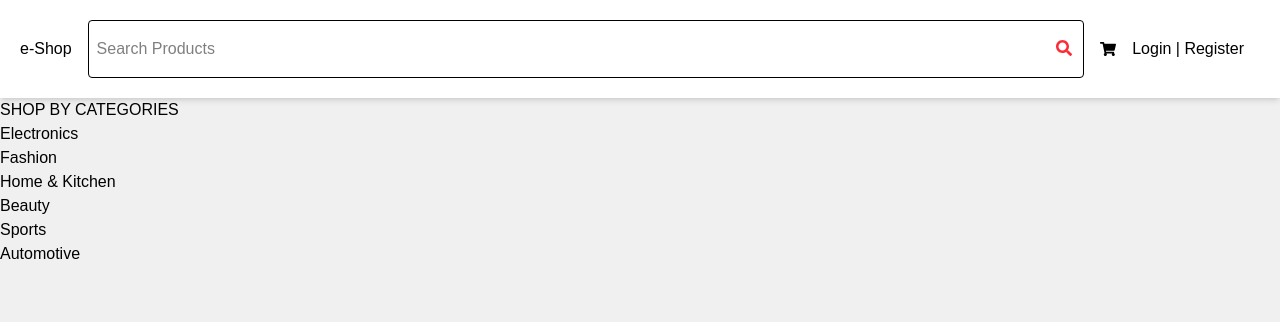
Repository: EmmyDunny1/frontend-ecommerce
Page: /
These files come from the project's save history. The page is drawn as it stood at one moment and after a run of saves; the edit follows.
The browser window is 1280 px wide. The pictures show the whole page.
The project was rebuilt for these pictures with package versions that can differ from the ones it lists, and the page was loaded fresh each time. Also part of the build but not shown: vite.config.js.

Above is the page before, as saved 2025-05-09 12:44:59.

### src/App.jsx


import React from 'react';
import { BrowserRouter, Routes, Route} from 'react-router-dom'
import Navbar from './components/Navbar'
import Footer from './components/Footer'
import Home from './pages/Home'
import './App.css';

function App() {

  return (
   <BrowserRouter>
   <Navbar/>
   <Routes>
    <Route path='/' element={<Home/>}>

    </Route>
   </Routes>
   <Footer/>
   </BrowserRouter>

  )
}

export default App

### src/components/Navbar.jsx
import React from 'react'
import { Link } from 'react-router-dom'
import { FaSearch, FaShoppingCart, FaUser } from 'react-icons/fa'

const Navbar = () => {
  return (
    <nav className='shadow-md bg-white'>
      <div className='container flex mx-auto px-4 md:px-16px lg:px-24px justify-between items-center'>
        <div>
          <Link to='/'>e-Shop</Link>
        </div>
        <div className='relative flex-1 mx-4'>
          <form>
            <input type="text" placeholder='Search Products' className='w-full  border rounded px-2 py-4' />
            <FaSearch className='absolute top-5 right-3 text-red-500'/>
          </form>
        </div>
        <div className='flex items-center space-x-4'>
          <Link to='/Cart'><FaShoppingCart/></Link>
          <button className='hidden md:block'>Login | Register</button>
          <button className='block md:hidden'><FaUser/> </button>
        </div>
      </div>

      {/* Navigation header */}
      <div>
        <Link to='/'> </Link>


      </div>
    </nav>

  )
}

export default Navbar

### src/pages/Home.jsx
import React from 'react'
import {Categories} from '../assets/mockData'

const Home = () => {
  return (
    <div>
      <div>
        <div>
          <div>
            <div>SHOP BY CATEGORIES</div>
            <ul>
              {Categories.map((Category, index)=>(
                <li key={index}>
                  {Category}
                </li>
              ))}
            </ul>
          </div>
        </div>
      </div>
    </div>
  )
}

export default Home

### src/App.css
/* filepath: c:\Users\USER\Desktop\My Deelopment Projects\E-COMMERCE\e-commerce-website\src\App.css */
body {
    margin: 0;
    font-family: Arial, sans-serif;
    background-color: #f0f0f0;
  }

  .container {
    padding: 20px;
  }

### src/assets/mockData.jsx
export const Categories = [

    'Electronics',
    'Fashion',
    'Home & Kitchen',
    'Beauty',
    'Sports',
    'Automotive'
];

Loaded but not shown: index.html (common file); src/main.jsx (common file); src/index.css (common file); src/components/Footer.jsx (common file)

After the next 2 saves:
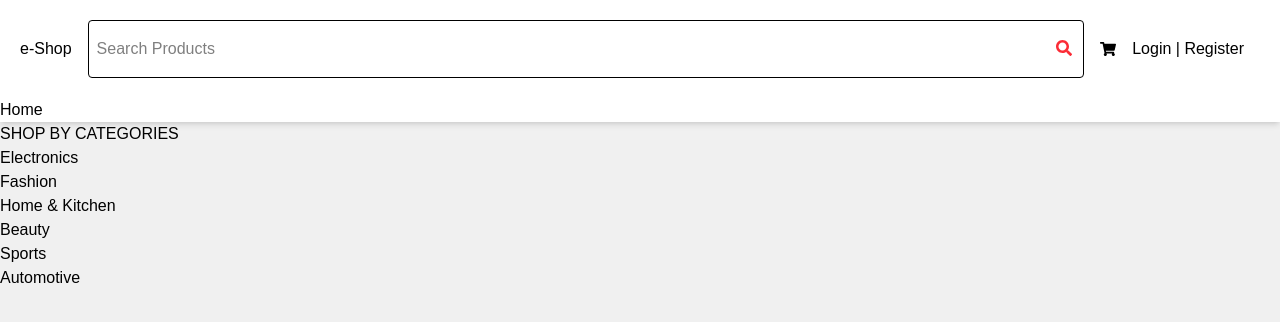
The 2 saves are shown as one change because they came seconds apart.
The last was saved 41 s later.
--- a/src/components/Navbar.jsx
+++ b/src/components/Navbar.jsx
@@ -24,7 +24,7 @@ const Navbar = () => {
 
       {/* Navigation header */}
       <div>
-        <Link to='/'> </Link>
+        <Link to='/'>Home </Link>
 
 
       </div>
